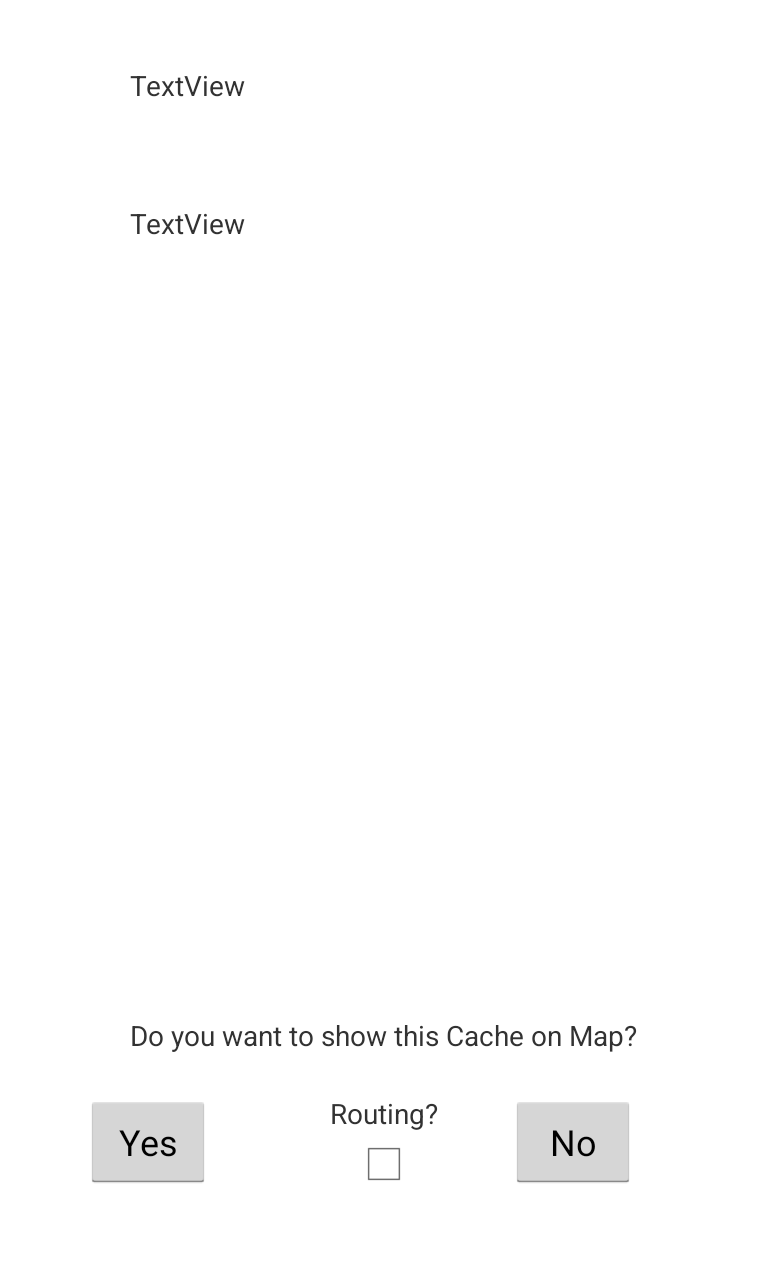
Repository: mpdehnel/seg
Layout: VectorOne/res/layout/activity_cachshow.xml
The author's editor kept a copy of each file at every save. The layout is drawn from the files as they stood at one save, then again after the next save.
It is drawn on a 768 x 1280 px phone screen (xhdpi) without system bars, with theme AppTheme; the app's code is not run.

Above is the layout before, as saved 2013-01-19 23:25:51.

### VectorOne/res/layout/activity_cachshow.xml

    <RelativeLayout xmlns:android="http://schemas.android.com/apk/res/android"
        android:id="@+id/cacheshowlayout"
        android:layout_width="fill_parent"
        android:layout_height="fill_parent" >

        <Button
            android:id="@+id/yes_button"
            android:layout_width="wrap_content"
            android:layout_height="wrap_content"
            android:layout_alignParentBottom="true"
            android:layout_alignParentLeft="true"
            android:layout_marginBottom="45dp"
            android:layout_marginLeft="42dp"
            android:text="Yes" />

        <TextView
            android:id="@+id/textView1"
            android:layout_width="wrap_content"
            android:layout_height="wrap_content"
            android:layout_above="@+id/yes_button"
            android:layout_centerHorizontal="true"
            android:layout_marginBottom="20dp"
            android:text="Do you want to show this Cache on Map?" />

        <TextView
            android:id="@+id/CachName"
            android:layout_width="wrap_content"
            android:layout_height="wrap_content"
            android:layout_alignLeft="@+id/textView1"
            android:layout_alignParentTop="true"
            android:layout_marginTop="33dp"
            android:text="TextView" />

        <TextView
            android:id="@+id/CacheDiscription"
            android:layout_width="wrap_content"
            android:layout_height="wrap_content"
            android:layout_alignLeft="@+id/CachName"
            android:layout_below="@+id/CachName"
            android:layout_marginTop="50dp"
            android:text="TextView" />

        <Button
            android:id="@+id/no_button"
            android:layout_width="wrap_content"
            android:layout_height="wrap_content"
            android:layout_alignRight="@+id/textView1"
            android:layout_alignTop="@+id/textView2"
            android:text="No" />

        <TextView
            android:id="@+id/textView2"
            android:layout_width="wrap_content"
            android:layout_height="wrap_content"
            android:layout_below="@+id/textView1"
            android:layout_centerHorizontal="true"
            android:text="Routing?" />

        <CheckBox
            android:id="@+id/Routing"
            android:layout_width="wrap_content"
            android:layout_height="wrap_content"
            android:layout_below="@+id/textView2"
            android:layout_centerHorizontal="true" />

    </RelativeLayout>

Loaded but not shown: VectorOne/res/values/styles.xml (common file); VectorOne/res/values-v11/styles.xml (common file); VectorOne/res/values-v14/styles.xml (common file)

After the next save:
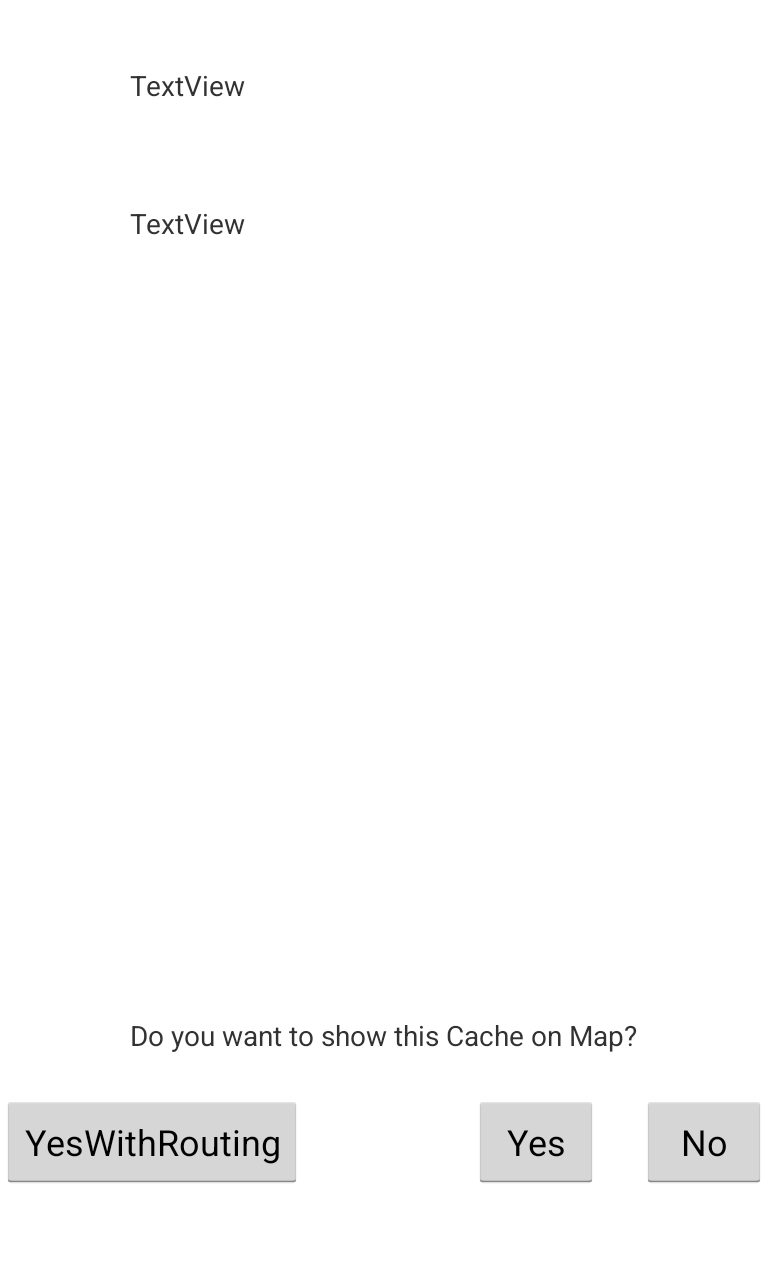
Saved 2 min 14 s later.
--- a/VectorOne/res/layout/activity_cachshow.xml
+++ b/VectorOne/res/layout/activity_cachshow.xml
@@ -3,16 +3,6 @@
         android:id="@+id/cacheshowlayout"
         android:layout_width="fill_parent"
         android:layout_height="fill_parent" >
-
-        <Button
-            android:id="@+id/yes_button"
-            android:layout_width="wrap_content"
-            android:layout_height="wrap_content"
-            android:layout_alignParentBottom="true"
-            android:layout_alignParentLeft="true"
-            android:layout_marginBottom="45dp"
-            android:layout_marginLeft="42dp"
-            android:text="Yes" />
 
         <TextView
             android:id="@+id/textView1"
@@ -42,26 +32,28 @@
             android:text="TextView" />
 
         <Button
+            android:id="@+id/button1"
+            android:layout_width="wrap_content"
+            android:layout_height="wrap_content"
+            android:layout_below="@+id/textView1"
+            android:text="YesWithRouting" />
+
+        <Button
             android:id="@+id/no_button"
             android:layout_width="wrap_content"
             android:layout_height="wrap_content"
-            android:layout_alignRight="@+id/textView1"
-            android:layout_alignTop="@+id/textView2"
+            android:layout_alignParentRight="true"
+            android:layout_below="@+id/textView1"
             android:text="No" />
 
-        <TextView
-            android:id="@+id/textView2"
+        <Button
+            android:id="@+id/yes_button"
             android:layout_width="wrap_content"
             android:layout_height="wrap_content"
-            android:layout_below="@+id/textView1"
-            android:layout_centerHorizontal="true"
-            android:text="Routing?" />
-
-        <CheckBox
-            android:id="@+id/Routing"
-            android:layout_width="wrap_content"
-            android:layout_height="wrap_content"
-            android:layout_below="@+id/textView2"
-            android:layout_centerHorizontal="true" />
+            android:layout_alignParentBottom="true"
+            android:layout_marginBottom="45dp"
+            android:layout_marginRight="20dp"
+            android:layout_toLeftOf="@+id/no_button"
+            android:text="Yes" />
 
     </RelativeLayout>
